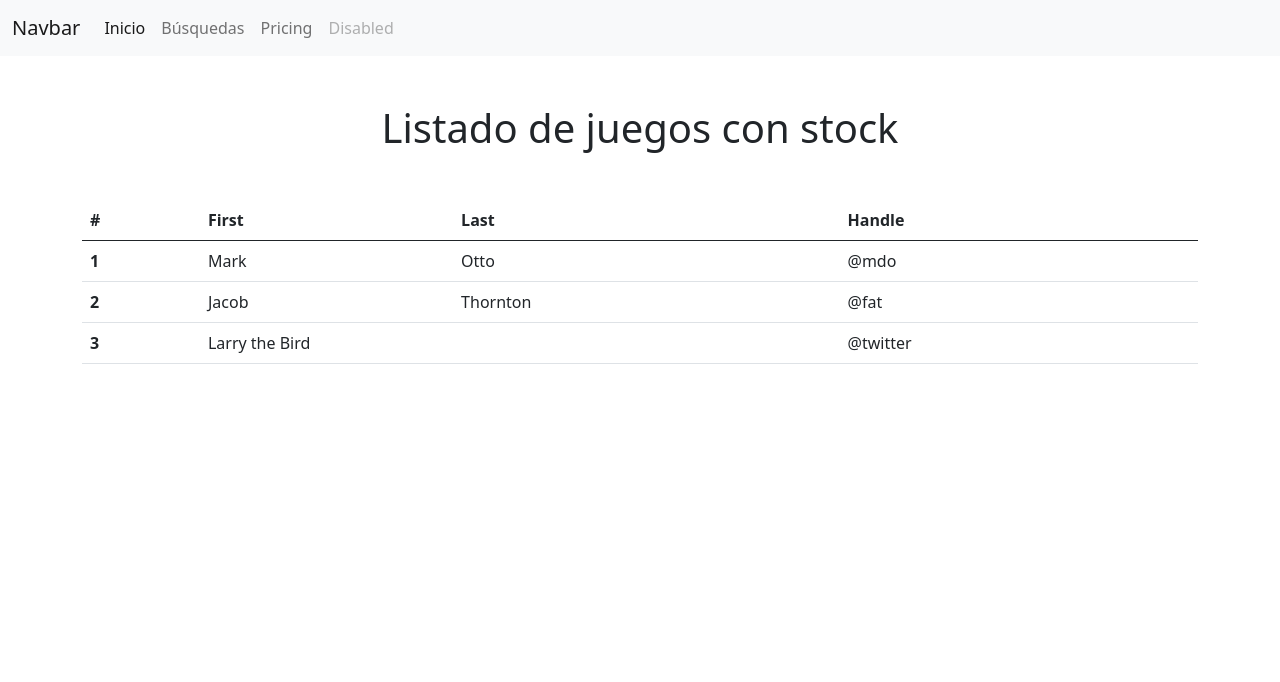
Repository: jose-269/32bits-4
Page: /busquedas
The author's editor kept a copy of each file at every save. The page is drawn from the files as they stood at one save, then again after the next save.
The browser window is 1280 px wide. The pictures show the whole page.
The project was rebuilt for these pictures with package versions that can differ from the ones it lists, and the page was loaded fresh each time. Also part of the build but not shown: src/views/Home.vue.

Above is the page before, as saved 2021-04-28 00:31:52.

After the next save:
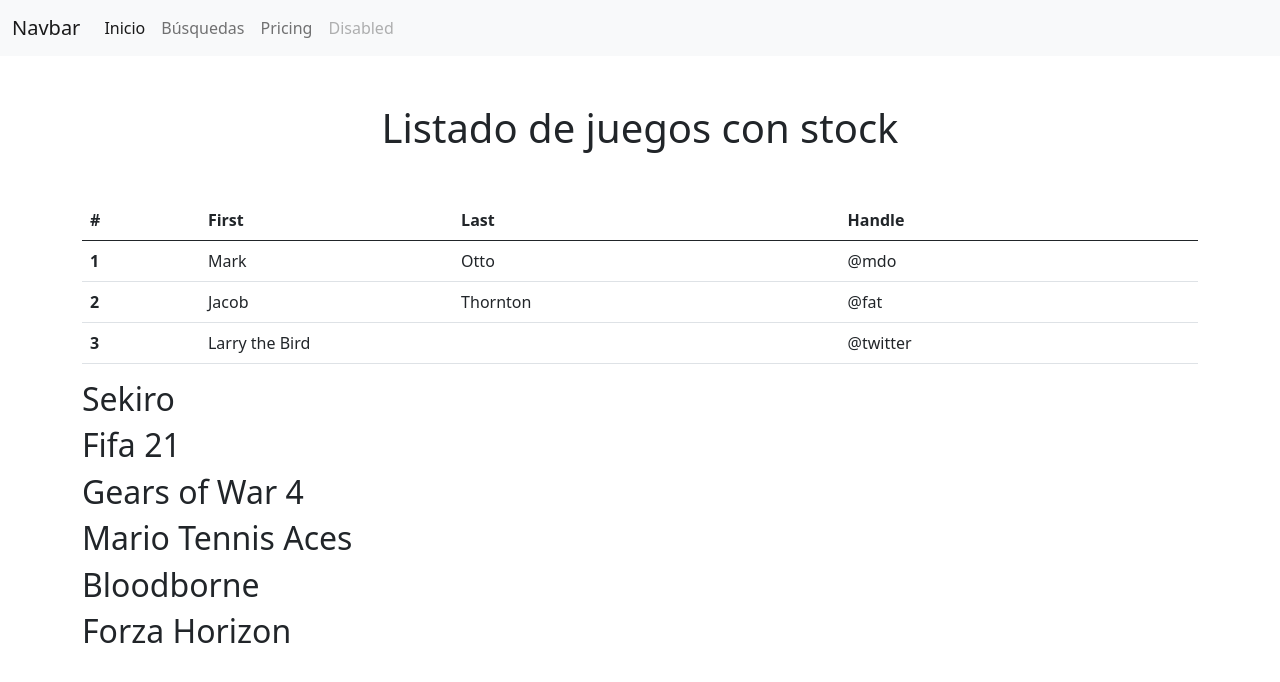
Saved 7 min 6 s later.
--- a/src/components/TablaJuegos.vue
+++ b/src/components/TablaJuegos.vue
@@ -1,33 +1,38 @@
 <template>
-  <table class="table">
-    <thead>
-      <tr>
-        <th scope="col">#</th>
-        <th scope="col">First</th>
-        <th scope="col">Last</th>
-        <th scope="col">Handle</th>
-      </tr>
-    </thead>
-    <tbody>
-      <tr>
-        <th scope="row">1</th>
-        <td>Mark</td>
-        <td>Otto</td>
-        <td>@mdo</td>
-      </tr>
-      <tr>
-        <th scope="row">2</th>
-        <td>Jacob</td>
-        <td>Thornton</td>
-        <td>@fat</td>
-      </tr>
-      <tr>
-        <th scope="row">3</th>
-        <td colspan="2">Larry the Bird</td>
-        <td>@twitter</td>
-      </tr>
-    </tbody>
-  </table>
+  <div>
+    <table class="table">
+      <thead>
+        <tr>
+          <th scope="col">#</th>
+          <th scope="col">First</th>
+          <th scope="col">Last</th>
+          <th scope="col">Handle</th>
+        </tr>
+      </thead>
+      <tbody>
+        <tr>
+          <th scope="row">1</th>
+          <td>Mark</td>
+          <td>Otto</td>
+          <td>@mdo</td>
+        </tr>
+        <tr>
+          <th scope="row">2</th>
+          <td>Jacob</td>
+          <td>Thornton</td>
+          <td>@fat</td>
+        </tr>
+        <tr>
+          <th scope="row">3</th>
+          <td colspan="2">Larry the Bird</td>
+          <td>@twitter</td>
+        </tr>
+      </tbody>
+    </table>
+    <h2 v-for="(juego, i) in JuegosConStock" :key="i">
+      {{ juego.nombre }}
+    </h2>
+  </div>
 </template>
 
 <script>
